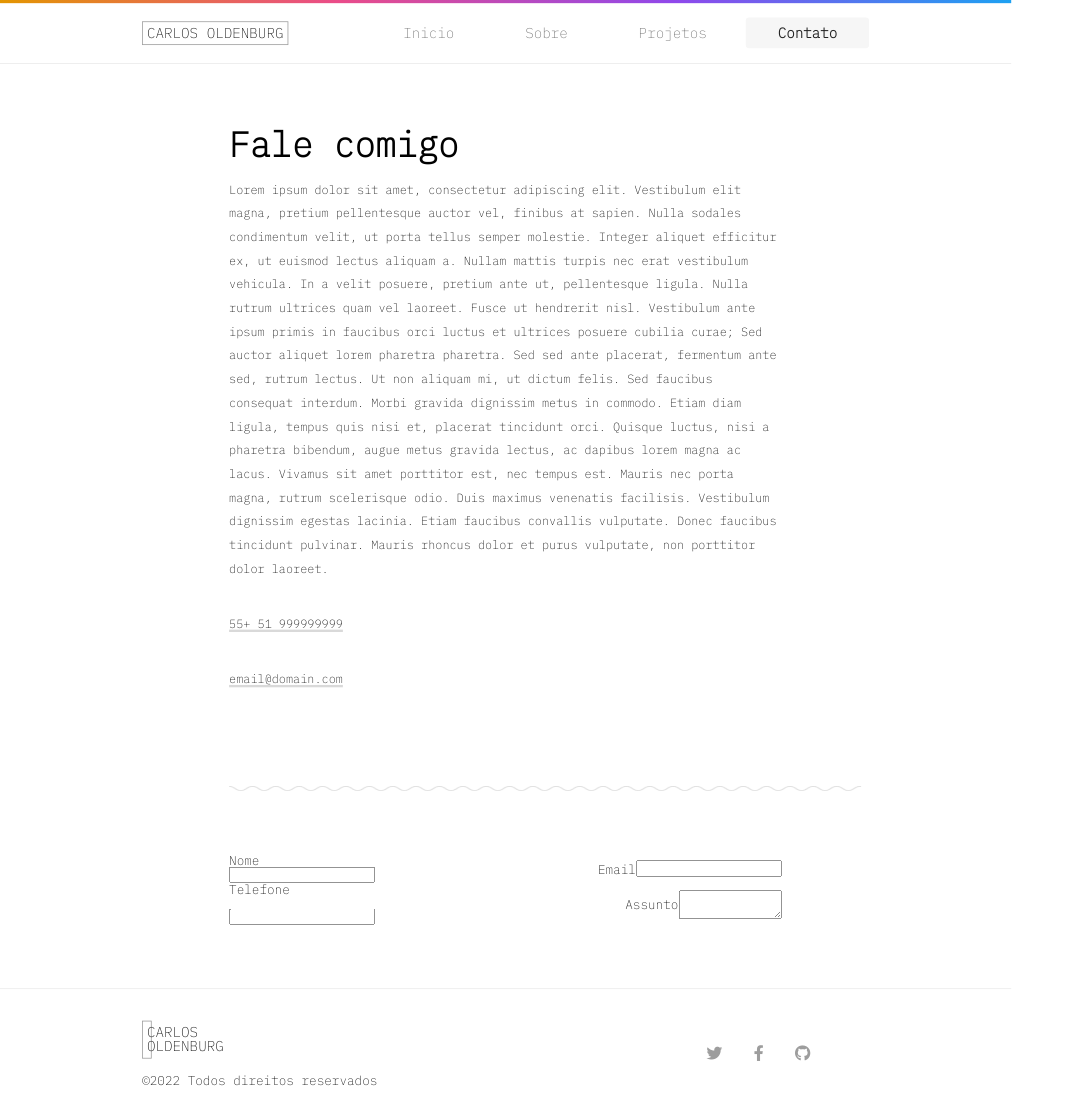
Repository: Carolden/PortfolioCrie
Page: contact.html
An editor plug-in stored every save of this project. The page is shown before and after the next save, followed by the edit.
The browser window is 1280 px wide. The page is 1380 px wide, so the pictures cover 1380 px, including what lies to the right of the window. The pictures show the whole page, at 79% of full size.

Above is the page before, as saved 2023-05-25 13:18:34.

### contact.html
<!DOCTYPE html>
<html lang="pt-BR">
<head>
    <meta charset="UTF-8">
    <meta http-equiv="X-UA-Compatible" content="IE=edge">
    <meta name="viewport" content="width=device-width, initial-scale=1.0">
    <title>Carlos Eduardo Oldenburg</title>

    <link rel="stylesheet" href="styles/base/reset.css">
    <link rel="stylesheet" href="styles/base/body.css">
    <link rel="stylesheet" href="styles/components/contact.css">
    <link rel="stylesheet" href="styles/layout/container.css">
    <link rel="stylesheet" href="styles/components/divisor.css">
    <link rel="stylesheet" href="styles/layout/footer.css">
    <link rel="stylesheet" href="styles/layout/header.css">
    <link rel="stylesheet" href="styles/layout/index__section.css">
    <link rel="stylesheet" href="styles/components/about__text.css">
    <link rel="stylesheet" href="styles/components/header__a.css">
    <link rel="stylesheet" href="styles/components/header__nav.css">
    <link rel="stylesheet" href="styles/components/hr.css">
    <link rel="stylesheet" href="styles/components/img__container.css">
    <link rel="stylesheet" href="styles/components/img__projeto.css">
    <link rel="stylesheet" href="styles/components/name__box.css">
    <link rel="stylesheet" href="styles/components/project__a.css">
    <link rel="stylesheet" href="styles/components/project__container.css">
    <link rel="stylesheet" href="styles/components/project__index.css">
    <link rel="stylesheet" href="styles/components/section__contact.css">
    <link rel="stylesheet" href="styles/components/section__image.css">
    <link rel="stylesheet" href="styles/components/section__p.css">
    <link rel="stylesheet" href="styles/components/section__title.css">
    <link rel="stylesheet" href="styles/components/work.css">
    <link rel="stylesheet" href="sobre.html">

    <link rel="preconnect" href="https://fonts.googleapis.com">
    <link rel="preconnect" href="https://fonts.gstatic.com" crossorigin>
    <link href="https://fonts.googleapis.com/css2?family=IBM+Plex+Mono:wght@200&family=Open+Sans:wght@800&display=swap" rel="stylesheet">
    <link rel="stylesheet" href="https://cdnjs.cloudflare.com/ajax/libs/font-awesome/6.4.0/css/all.min.css">


</head>
<body>

    <header class="header">

        <div class="name__container">
            <h2 class="name__box">CARLOS OLDENBURG</h2>
        </div>

        <nav class="header__nav">
            <a href="index.html" class="header__a">Inicio</a>
            <a href="sobre.html" class="header__a"> Sobre</a>
            <a href="projetos.html" class="header__a">Projetos</a>
            <a href="contact.html" class="header__a active">Contato</a>
        </nav>

    </header>

    <section>

        <div class="about__text">

        <h1 class="section__title section--align">Fale comigo</h1>
        <p class="section__p about--p">Lorem ipsum dolor sit amet, consectetur adipiscing elit. Vestibulum elit magna, pretium pellentesque auctor vel, finibus at sapien. Nulla sodales condimentum velit, ut porta tellus semper molestie. Integer aliquet efficitur ex, ut euismod lectus aliquam a. Nullam mattis turpis nec erat vestibulum vehicula.

            In a velit posuere, pretium ante ut, pellentesque ligula. Nulla rutrum ultrices quam vel laoreet. Fusce ut hendrerit nisl. Vestibulum ante ipsum primis in faucibus orci luctus et ultrices posuere cubilia curae; Sed auctor aliquet lorem pharetra pharetra. Sed sed ante placerat, fermentum ante sed, rutrum lectus. Ut non aliquam mi, ut dictum felis.

            Sed faucibus consequat interdum. Morbi gravida dignissim metus in commodo. Etiam diam ligula, tempus quis nisi et, placerat tincidunt orci. Quisque luctus, nisi a pharetra bibendum, augue metus gravida lectus, ac dapibus lorem magna ac lacus. Vivamus sit amet porttitor est, nec tempus est.

            Mauris nec porta magna, rutrum scelerisque odio. Duis maximus venenatis facilisis. Vestibulum dignissim egestas lacinia. Etiam faucibus convallis vulputate. Donec faucibus tincidunt pulvinar. Mauris rhoncus dolor et purus vulputate, non porttitor dolor laoreet.</p>

        </div>

        <p class="section__p about--p container contact">55+ 51 999999999</p>

        <p class="section__p about--p container contact">email@domain.com</p>

        <div class="div__divisor index--divisor">

            <img src="images/Divisor.png" alt="" class="img__divisor">

        </div>

    </section>

    <section class="container">

        <form action="">

            <div class="contactrow">

                <div class="contactcolumn">

                    <label for="nome" class="label">Nome</label>
                    <input id="nome" type="text" class="input">

                </div>
                <div class="contactcolumn"></div>

                    <label for="email" class="label">Email</label><br>
                    <input id="email" required type="email" class="input">

                </div>

            </div>

            <div class="contactrow">

                <div class="contactcolumn">

                    <label for="telefone" class="label">Telefone</label><br>
                    <input id="telefone" type="tel">

                </div>

                <div class="contactcolumn"></div>
                    <label for="msg" class="label">Assunto</label><br>
                    <textarea id="msg" class="textarea"></textarea>
                </div>
            </div>
        </form>

    </section>












    <footer class="footer">

        <div class="name__container footer__column">

            <h2 class="name__box name--footer">CARLOS OLDENBURG</h2>
            <p class="footer__p">©2022 Todos direitos reservados</p>

        </div>

        <div class="footer__column footer__icons">

            <i class="fa-brands fa-twitter contact__icon"></i>
            <i class="fa-brands fa-facebook-f contact__icon"></i>
            <i class="fa-brands fa-github contact__icon"></i>

        </div>

    </footer>



</body>
</html>

### styles/base/body.css
body {
    font-family: 'IBM Plex Mono', monospace;
    overflow-y: scroll;
}

### styles/components/contact.css
.contact {
    padding: 20px 0 20px 0;
    text-decoration: underline 3px #D9D9D9;
    line-height: 30px;
}

.contactrow {
    display: flex;
    justify-content: center;
    align-items: center;

}

.contactcolumn {
    width: 50%;
    display: flex;
    flex-direction: column;
    align-items: flex-start;
}

### styles/layout/container.css
.container {
    padding: 0 290px 0 290px;
}

### styles/components/divisor.css
.img__divisor {
    padding: 0 290px 0 290px;
    color: #EAEAEA;
    width: 100%;

}

.div__divisor {
    display: flex;
}

.index--divisor {
    margin: 80px 0 80px 0;
}

### styles/layout/footer.css
.footer {
    display: flex;
    box-sizing: border-box;
    align-items: center;
    border-top: 1px solid #EAEAEA;
    margin-top: 80px;
    align-items: center;
}

.name--footer {
    margin: 40px 550px 20px 180px;
}

footer p {
    margin: 0 0 40px 180px;
}

.footer__column {
    width: 50%;
}

.footer__icons {
    text-align: center;
}

### styles/layout/header.css
.header {
    display: flex;
    justify-content: space-between;
    height: 80px;
    width: 100%;
    left: 0px;
    top: 4px;
    border-radius: 0px;
    box-sizing: border-box;
    /* position: absolute; */
    align-items: center;
    border-top: 4px;
    border-image: linear-gradient(to right, #E39600, #EA4C89, #8F48EB, #1DA1F2) 1;
    border-style: solid;
}

### styles/layout/index__section.css
.index__section {
    display: flex;
    flex-direction: column;
    align-items: center;
    border-top: 1px solid #EAEAEA;
    padding: 80px 0 50px 0;
}

### styles/components/about__text.css
.about__text {
    /* display: flex; */
    padding: 80px 290px 0 290px;
    align-items: left;
    flex-direction: column;
    border-top: 1px solid #EAEAEA;
}

### styles/components/header__a.css
.header__a {
    padding: 40px;
    text-decoration: none;
    color: #6C6C6C;
    font-size: 18px;
}

.active {
    color: #242424;
    font-weight: 600;
    background: #F6F6F6;
    border-radius: 4px;
    padding-top: 8px;
    padding-bottom: 8px;
}

### styles/components/header__nav.css
.header__nav {
    margin-right: 180px;
}

### styles/components/hr.css
.hr {
    padding: 0 290px 0 290px;
    color: #EAEAEA;
    width: 100%;

}

### styles/components/img__container.css
.img__container {
    display: flex;
    justify-content: center;
    align-items: center;
}

### styles/components/img__projeto.css
.img__projeto {
    width: 1000px;
    height: 500px;
    align-items: center;
    margin-bottom: 40px;
}

.img--cover {
    object-fit: cover;
}

### styles/components/name__box.css
.name__box {
    border: 1px solid #9D9D9D;
    padding: 5px;
    margin-left: 180px;
    font-size: 18px;
}

### styles/components/project__a.css
.project__a {
    text-decoration: none;
    color: inherit;
}

### styles/components/project__container.css
.project__container {
    display: flex;
    flex-direction: column;
    padding-bottom: 80px;
}

.project__container:last-child {
    padding-bottom: 40px;
}

### styles/components/project__index.css
.project__h2 {
    padding-bottom: 80px;
    font-size: 24px;
    font-weight: 600;
}

.project__index {
    border: 1px solid #EAEAEA;
    margin: 0 290px 20px 290px;
    display: flex;
    background-color: #FAFAFA;
}

.project__icon {
    font-size: 80px;
    padding: 40px 20px 40px 40px;
    color: #E39600;
}

.project__h3 {
    font-size: 18px;
    font-weight: 600;
    padding: 40px 0 20px 20px;
    line-height: 30px;
}

.project__p {
    padding: 0 40px 40px 20px;
    line-height: 30px;
}

.icon--color--pink {
    color: #EA4C89;
}

### styles/components/section__contact.css
.section__contact {
    display: flex;
    margin: 0 280px 0 280px;
    align-items: center;
}

.contact__icon {
    padding: 15px;
    font-size: 20px;
    color: #9D9D9D;
}

.contact__button {
    text-decoration: none;
    padding-left: 15px;
    color: #363636;
    font-weight: 600;
    font-size: 15px;
    border: 1px solid #EAEAEA;
    border-radius: 20px;
    background: #FAFAFA;
    padding: 10px 15px;
    margin-left: 15px;
}

### styles/components/section__image.css
.section__image {
    width: 800px;
    height: 800px;
    padding: 40px 0 55px 0;

}

### styles/components/section__p.css
.section__p {
    font-size: 15px;
    font-weight: 400;
    line-height: 30px;
    letter-spacing: 0em;
    text-align: left;
    margin: 0 280px 0 280px;
    line-height: 30px;
}

.about--p {
    margin: 0;
    padding-bottom: 40px;
}

### styles/components/section__title.css
.section__title {
    font-size: 44px;
    font-weight: 600;
}

.section--align {
    text-align: left;
    padding-bottom: 20px;
}

### styles/components/work.css
.work__title {
    font-size: 24px;
    font-weight: 600;
    padding-bottom: 40px;
}

.work__container {
    display: flex;
    justify-content: space-between;
    padding-bottom: 20px;
}

.work {
    margin-left: 290px;
    margin-right: 290px;
}

.work__subtitle {
    font-size: 18px;
    font-weight: 600;
}

.work__p {
    font-size: 15px;
    font-weight: 400;
}

### sobre.html
<!DOCTYPE html>
<html lang="pt-BR">
<head>
    <meta charset="UTF-8">
    <meta http-equiv="X-UA-Compatible" content="IE=edge">
    <meta name="viewport" content="width=device-width, initial-scale=1.0">
    <title>Carlos Eduardo Oldenburg</title>

    <link rel="stylesheet" href="styles/base/reset.css">
    <link rel="stylesheet" href="styles/base/body.css">
    <link rel="stylesheet" href="styles/components/contact.css">
    <link rel="stylesheet" href="styles/layout/container.css">
    <link rel="stylesheet" href="styles/components/divisor.css">
    <link rel="stylesheet" href="styles/layout/footer.css">
    <link rel="stylesheet" href="styles/layout/header.css">
    <link rel="stylesheet" href="styles/layout/index__section.css">
    <link rel="stylesheet" href="styles/components/about__text.css">
    <link rel="stylesheet" href="styles/components/header__a.css">
    <link rel="stylesheet" href="styles/components/header__nav.css">
    <link rel="stylesheet" href="styles/components/hr.css">
    <link rel="stylesheet" href="styles/components/img__container.css">
    <link rel="stylesheet" href="styles/components/img__projeto.css">
    <link rel="stylesheet" href="styles/components/name__box.css">
    <link rel="stylesheet" href="styles/components/project__a.css">
    <link rel="stylesheet" href="styles/components/project__container.css">
    <link rel="stylesheet" href="styles/components/project__index.css">
    <link rel="stylesheet" href="styles/components/section__contact.css">
    <link rel="stylesheet" href="styles/components/section__image.css">
    <link rel="stylesheet" href="styles/components/section__p.css">
    <link rel="stylesheet" href="styles/components/section__title.css">
    <link rel="stylesheet" href="styles/components/work.css">
    <link rel="stylesheet" href="sobre.html">

    <link rel="preconnect" href="https://fonts.googleapis.com">
    <link rel="preconnect" href="https://fonts.gstatic.com" crossorigin>
    <link href="https://fonts.googleapis.com/css2?family=IBM+Plex+Mono:wght@200&family=Open+Sans:wght@800&display=swap" rel="stylesheet">
    <link rel="stylesheet" href="https://cdnjs.cloudflare.com/ajax/libs/font-awesome/6.4.0/css/all.min.css">

</head>
<body>

    <header class="header">

        <div class="name__container">
            <h2 class="name__box">CARLOS OLDENBURG</h2>
        </div>

        <nav class="header__nav">
            <a href="index.html" class="header__a">Inicio</a>
            <a href="sobre.html" class="header__a active"> Sobre</a>
            <a href="projetos.html" class="header__a">Projetos</a>
            <a href="contact.html" class="header__a">Contato</a>
        </nav>

    </header>

    <section>

        <div class="about__text">

        <h1 class="section__title section--align">Olá, meu nome é Carlos!</h1>
        <p class="section__p about--p">Lorem ipsum dolor sit amet, consectetur adipiscing elit. Vestibulum elit magna, pretium pellentesque auctor vel, finibus at sapien. Nulla sodales condimentum velit, ut porta tellus semper molestie. Integer aliquet efficitur ex, ut euismod lectus aliquam a. Nullam mattis turpis nec erat vestibulum vehicula.

            In a velit posuere, pretium ante ut, pellentesque ligula. Nulla rutrum ultrices quam vel laoreet. Fusce ut hendrerit nisl. Vestibulum ante ipsum primis in faucibus orci luctus et ultrices posuere cubilia curae; Sed auctor aliquet lorem pharetra pharetra. Sed sed ante placerat, fermentum ante sed, rutrum lectus. Ut non aliquam mi, ut dictum felis.

            Sed faucibus consequat interdum. Morbi gravida dignissim metus in commodo. Etiam diam ligula, tempus quis nisi et, placerat tincidunt orci. Quisque luctus, nisi a pharetra bibendum, augue metus gravida lectus, ac dapibus lorem magna ac lacus. Vivamus sit amet porttitor est, nec tempus est.

            Mauris nec porta magna, rutrum scelerisque odio. Duis maximus venenatis facilisis. Vestibulum dignissim egestas lacinia. Etiam faucibus convallis vulputate. Donec faucibus tincidunt pulvinar. Mauris rhoncus dolor et purus vulputate, non porttitor dolor laoreet.</p>

        </div>

    </section>

    <div class="div__divisor index--divisor">

        <img src="images/Divisor.png" alt="" class="img__divisor">

    </div>

    <section class="work">

        <h2 class="work__title">Trabalho</h2>

        <div class="work__container">
            <h3 class="work__subtitle">Virtude Informática</h3>
            <p>Técnico de informática   -   2020 -&emsp;&emsp;&emsp;</p>
        </div>

        <div class="work__container">
            <h3 class="work__subtitle">Sustentare Seguros</h3>
            <p>Auxiliar Administrativo   -   2019 - 2020</p>
        </div>

        <div class="work__container">
            <h3 class="work__subtitle">Banrisul</h3>
            <p class="work__p">Estagiário   -   2017 - 2019</p>
        </div>

    </section>

    <div class="div__divisor index--divisor">

        <img src="images/Divisor.png" alt="" class="img__divisor">

    </div>

    <section class="work">

        <h2 class="work__title">Escolaridade e Cursos</h2>

        <div class="work__container">
            <h3 class="work__subtitle">Univates - Curso Intensivo de Programação</h3>
            <p>Crie_TI   -   2023 -&emsp;&emsp;&emsp;</p>
        </div>

        <div class="work__container">
            <h3 class="work__subtitle">UNINTER - Bacharelado</h3>
            <p>Engenharia de Software   -   2021 -&emsp;&emsp;&emsp;</p>
        </div>

        <div class="work__container">
            <h3 class="work__subtitle">EEEPE - Curso Técnico</h3>
            <p>Técnico de Informática   -   2020 - 2021</p>
        </div>

        <div class="work__container">
            <h3 class="work__subtitle">Univates - Bacharelado</h3>
            <p>Administração de Empresas   -   2014 - 2019</p>
        </div>

    </section>

    <footer class="footer">

        <div class="name__container footer__column">

            <h2 class="name__box name--footer">CARLOS OLDENBURG</h2>
            <p class="footer__p">©2022 Todos direitos reservados</p>

        </div>

        <div class="footer__column footer__icons">

            <i class="fa-brands fa-twitter contact__icon"></i>
            <i class="fa-brands fa-facebook-f contact__icon"></i>
            <i class="fa-brands fa-github contact__icon"></i>

        </div>

    </footer>

</body>
</html>

Loaded but not shown: styles/base/reset.css (common file)

After the next save:
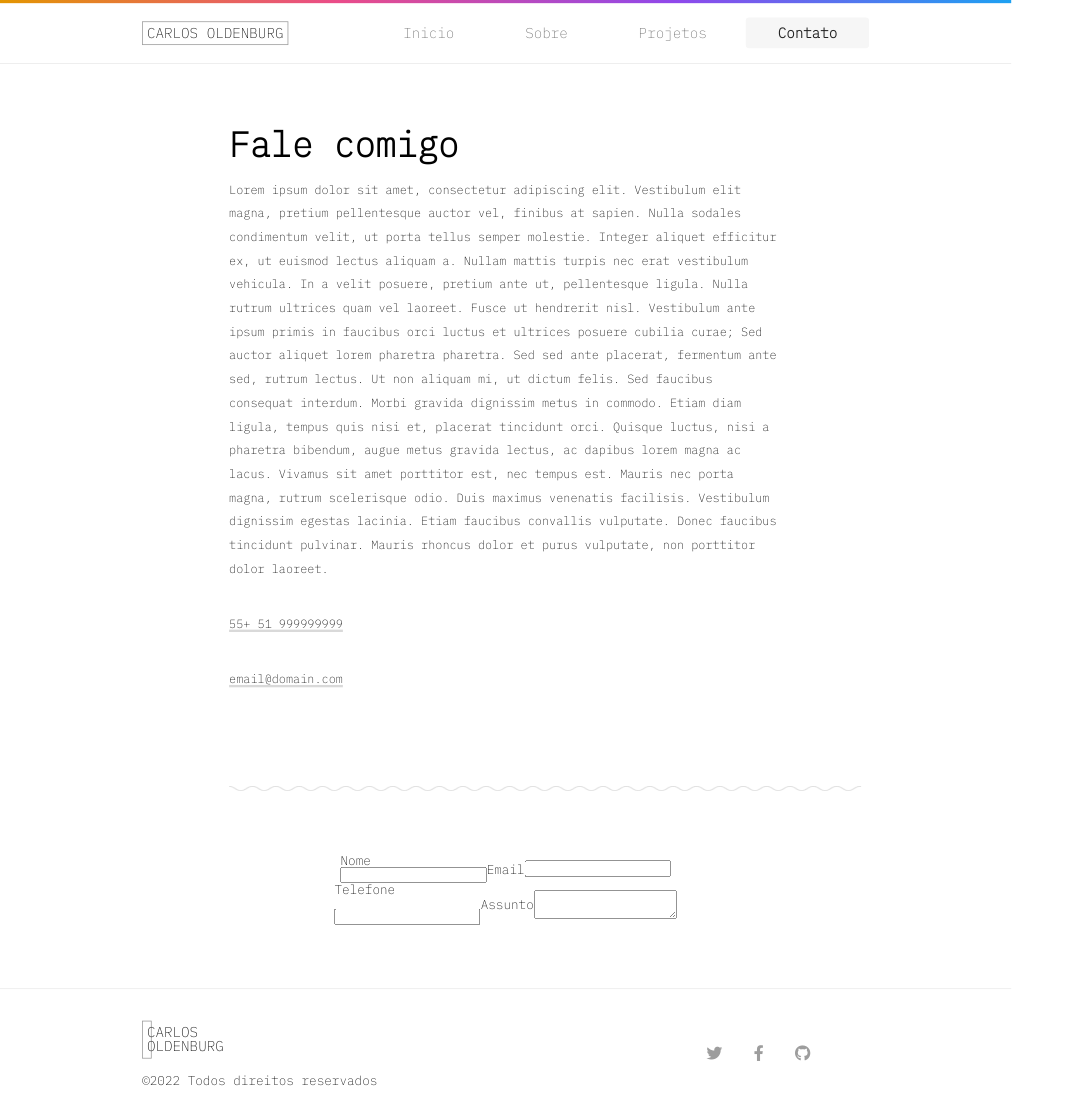
Saved 6 s later.
--- a/styles/components/contact.css
+++ b/styles/components/contact.css
@@ -12,7 +12,7 @@
 }
 
 .contactcolumn {
-    width: 50%;
+    /* width: 50%; */
     display: flex;
     flex-direction: column;
     align-items: flex-start;

After the save that followed:
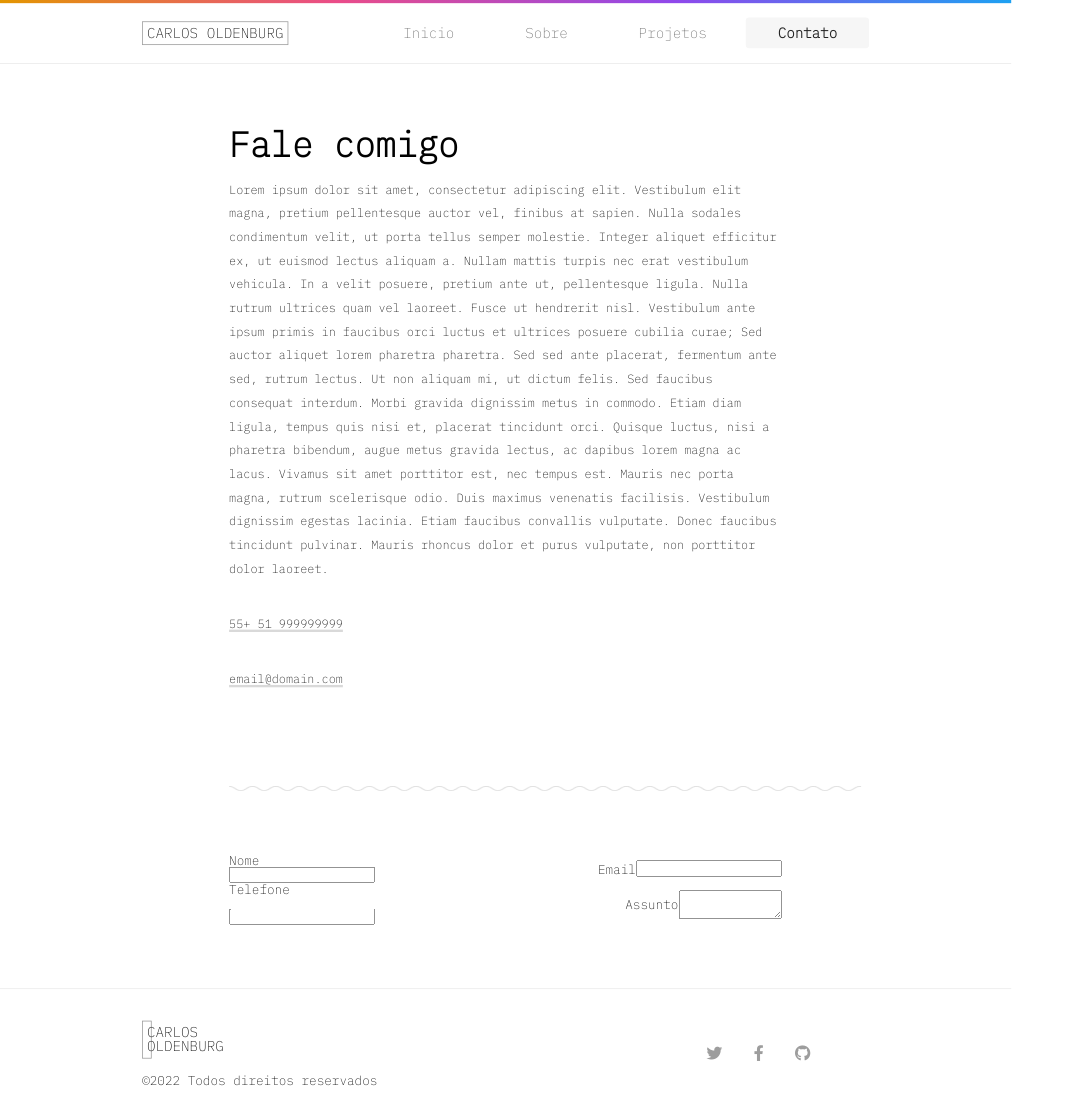
Saved 17 s later.
--- a/styles/components/contact.css
+++ b/styles/components/contact.css
@@ -12,7 +12,7 @@
 }
 
 .contactcolumn {
-    /* width: 50%; */
+    width: 50%;
     display: flex;
     flex-direction: column;
     align-items: flex-start;
